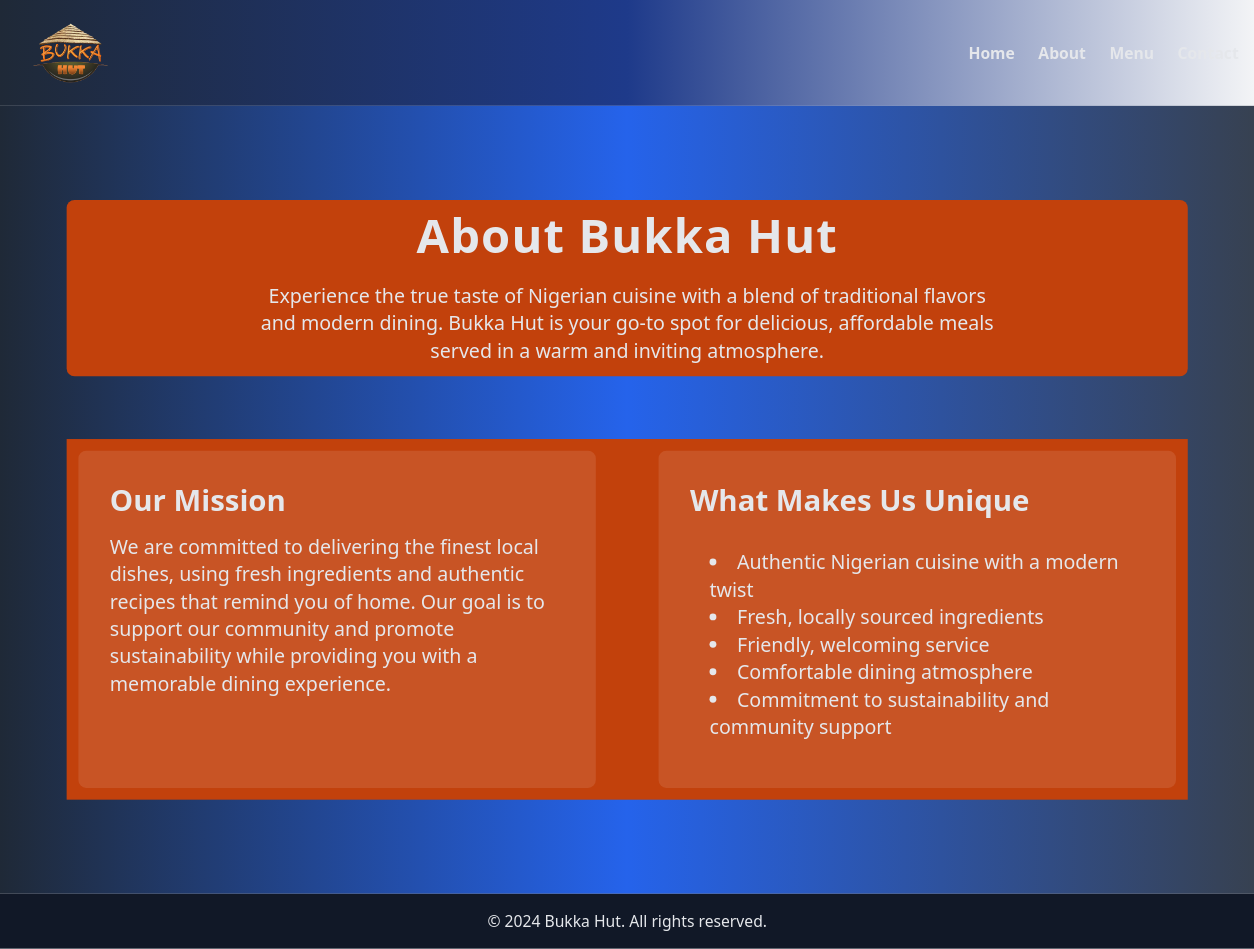
Repository: countaustin1990/BUKKAHUT
Page: About.html
An editor plug-in stored every save of this project. The page is shown before and after the next save, followed by the edit.
The browser window is 1280 px wide. The pictures show the whole page, at 98% of full size.
Some web libraries are served in a nearby version.

Above is the page before, as saved 2024-08-26 01:00:24.
Console error: TypeError: Cannot read properties of null (reading 'addEventListener')

After the next save:
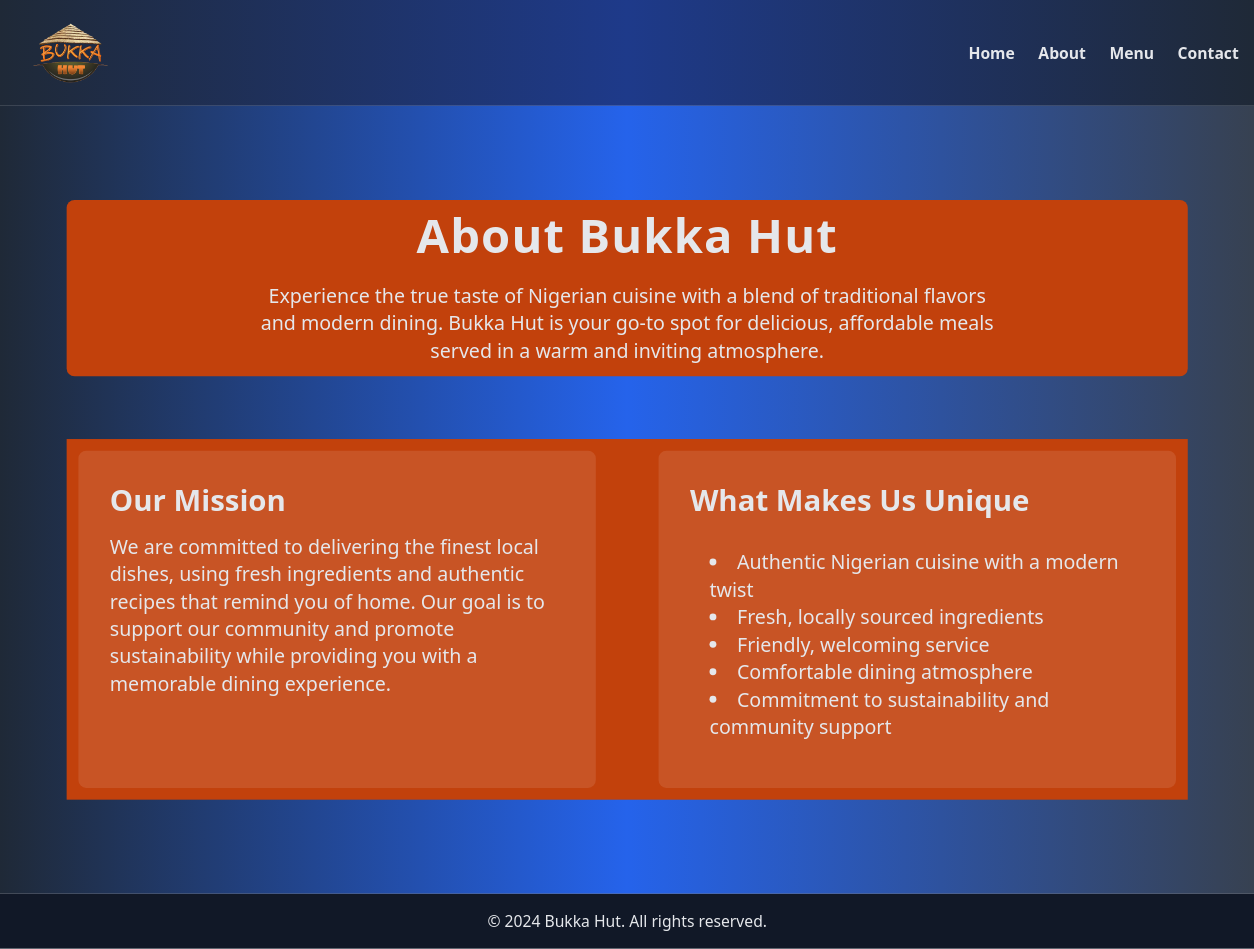
Saved 4 s later.
--- a/About.html
+++ b/About.html
@@ -43,7 +43,7 @@
 <body class="bg-gray-100">
 
          <!-- Navigation -->
-  <nav class="shadow-md bg-gradient-to-r from-gray-800 via-blue-900 to-gray-7#800 text-gray-200">
+  <nav class="shadow-md bg-gradient-to-r from-gray-800 via-blue-900 to-gray-800 text-gray-200">
     <div class="container mx-auto px-4 py-2 flex items-center justify-between">
       <div class="text-2xl font-bold text-blue-600">
         <a href="#" class="flex flex-col lg:flex-row items-center lg:space-x-8 p-4">
